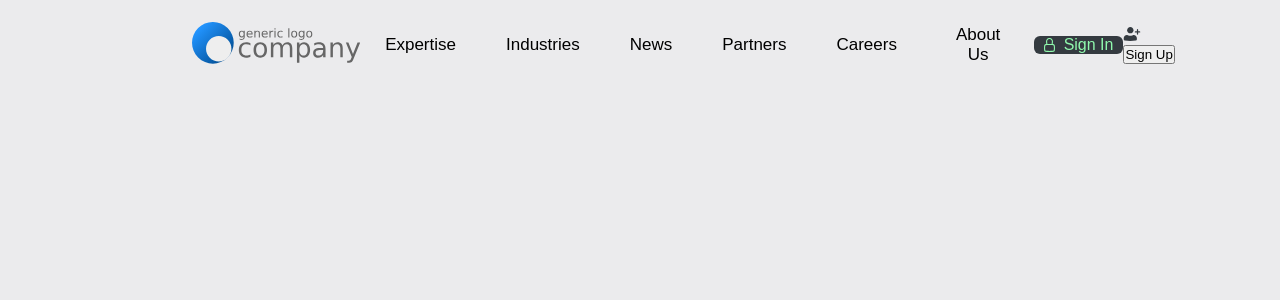
Repository: Andriy-Ma/widgetTask
Page: /
These files come from the project's save history. The page is drawn as it stood at one moment and after the next save; the edit follows.
The browser window is 1280 px wide. The pictures show the whole page.
The project was rebuilt for these pictures with package versions that can differ from the ones it lists, and the page was loaded fresh each time.

Above is the page before, as saved 2022-08-29 17:01:49.

After the next save:
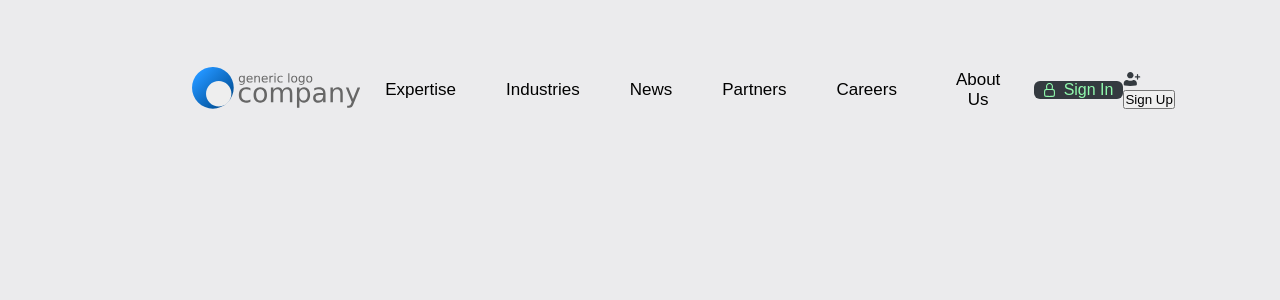
Saved 12 s later.
--- a/src/components/Header/header.module.css
+++ b/src/components/Header/header.module.css
@@ -8,7 +8,7 @@
     align-items: center;
     padding-top: 30px;
     min-width: 1000px;
-    height: 60px;
+    height: 150px;
 }
 .middleOfHeader {
     display: flex;
